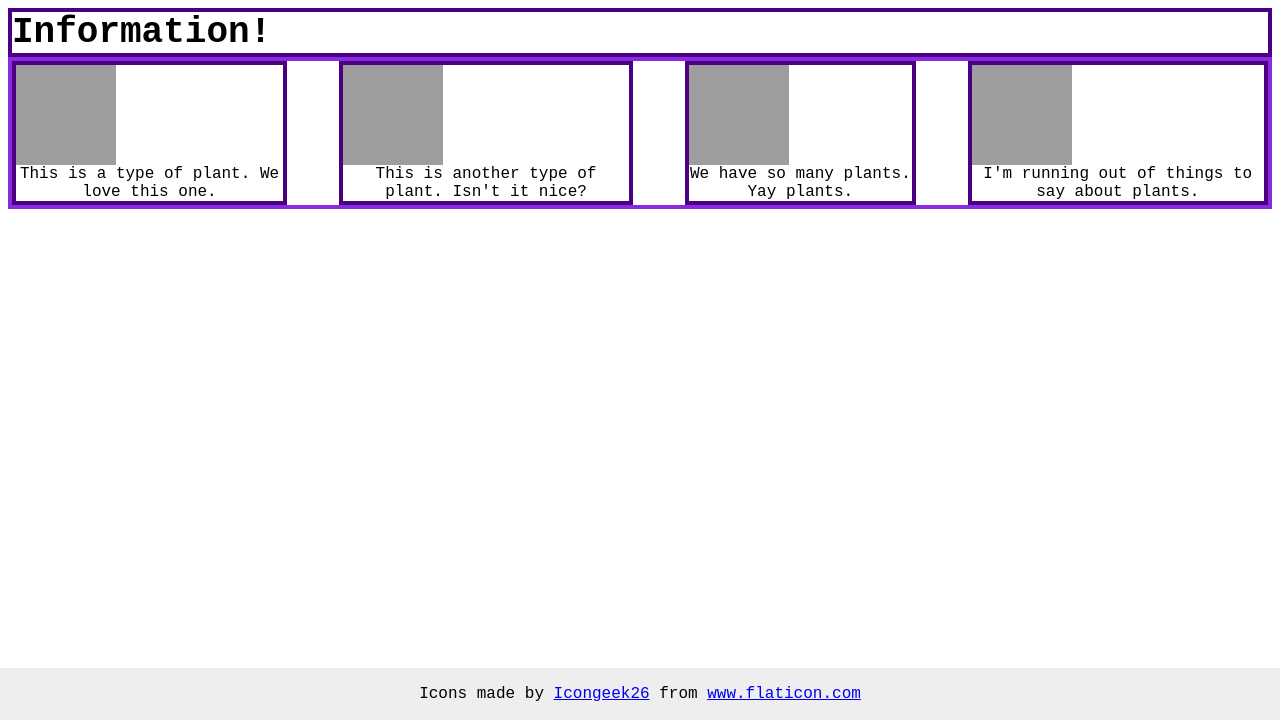
Repository: bbrockbrown/css-exercises
Page: flex/04-flex-information/index.html
The author's editor kept a copy of each file at every save. The page is drawn from the files as they stood at one save, then again after the next save.
The browser window is 1280 px wide. The pictures show the whole page.
Pictures or frames that could not be fetched are drawn as grey boxes.

Above is the page before, as saved 2024-07-21 17:33:38.

After the next save:
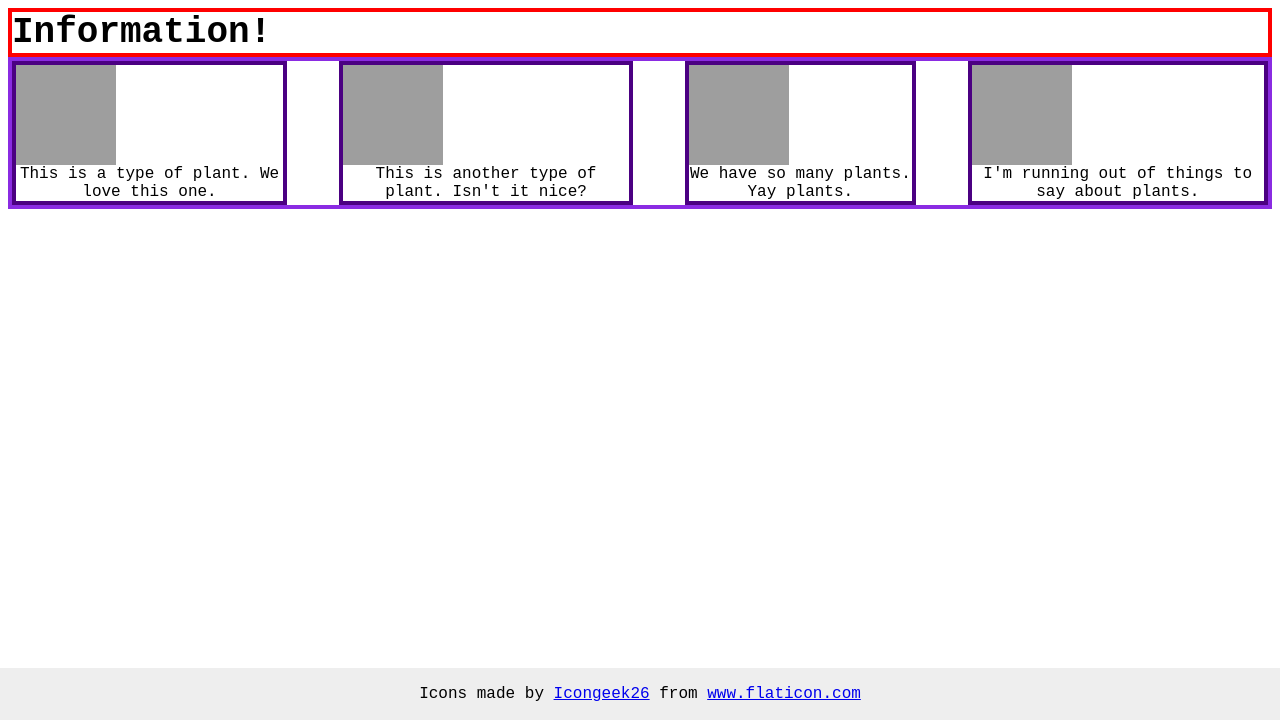
Saved 5 s later.
--- a/flex/04-flex-information/style.css
+++ b/flex/04-flex-information/style.css
@@ -11,7 +11,7 @@ img {
   display: flex;
   justify-content: center;
   align-items: center;
-  border: 4px solid indigo;
+  border: 4px solid red;
 }
 
 .image-containers {
